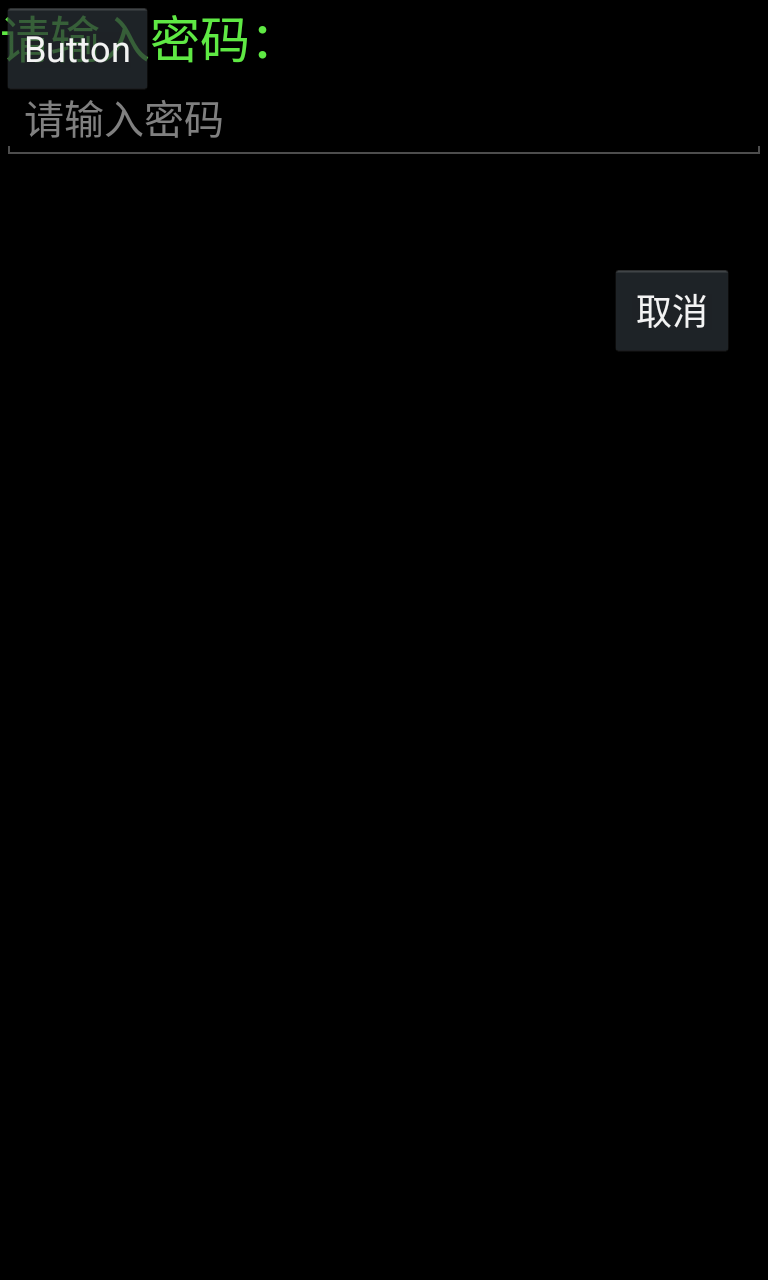
Repository: GuangmingChan/DevelopAndroidApp
Layout: demoButton2/res/layout/main.xml
An editor plug-in stored every save of this project. The layout is shown before and after the next save, followed by the edit.
It is drawn on a 768 x 1280 px phone screen (xhdpi) without system bars, with theme android:Theme.Holo; the app's code is not run.

Above is the layout before, as saved 2017-03-10 01:37:44.

### demoButton2/res/layout/main.xml
<?xml version="1.0" encoding="utf-8"?>
<RelativeLayout xmlns:android="http://schemas.android.com/apk/res/android"
    android:layout_width="fill_parent"
    android:layout_height="fill_parent"
    android:orientation="vertical" >

    <TextView
        android:id="@+id/textView1"
        android:layout_width="wrap_content"
        android:layout_height="wrap_content"
        android:textSize="25sp"
        android:textColor="#5fe944"
        android:text="请输入密码：" />

    <EditText
        android:id="@+id/et"
        android:layout_width="match_parent"
        android:layout_height="wrap_content"
        android:layout_below="@id/textView1"
        android:textSize="20sp"
        android:hint="请输入密码"
        android:inputType="textPassword"
        >
    </EditText>

    <Button
        android:id="@+id/btCancel"
        android:layout_width="wrap_content"
        android:layout_height="wrap_content"
        android:layout_alignParentRight="true"
        android:layout_below="@+id/et"
        android:layout_marginRight="16dp"
        android:layout_marginTop="50dp"
        android:text="取消" />

    <Button
        android:id="@+id/btLogin"
        android:layout_width="wrap_content"
        android:layout_height="wrap_content"
        android:layout_alignBaseline="@+id/button1"
        android:layout_alignBottom="@+id/button1"
        android:layout_toLeftOf="@+id/button1"
        android:text="Button" />

</RelativeLayout>

After the next save:
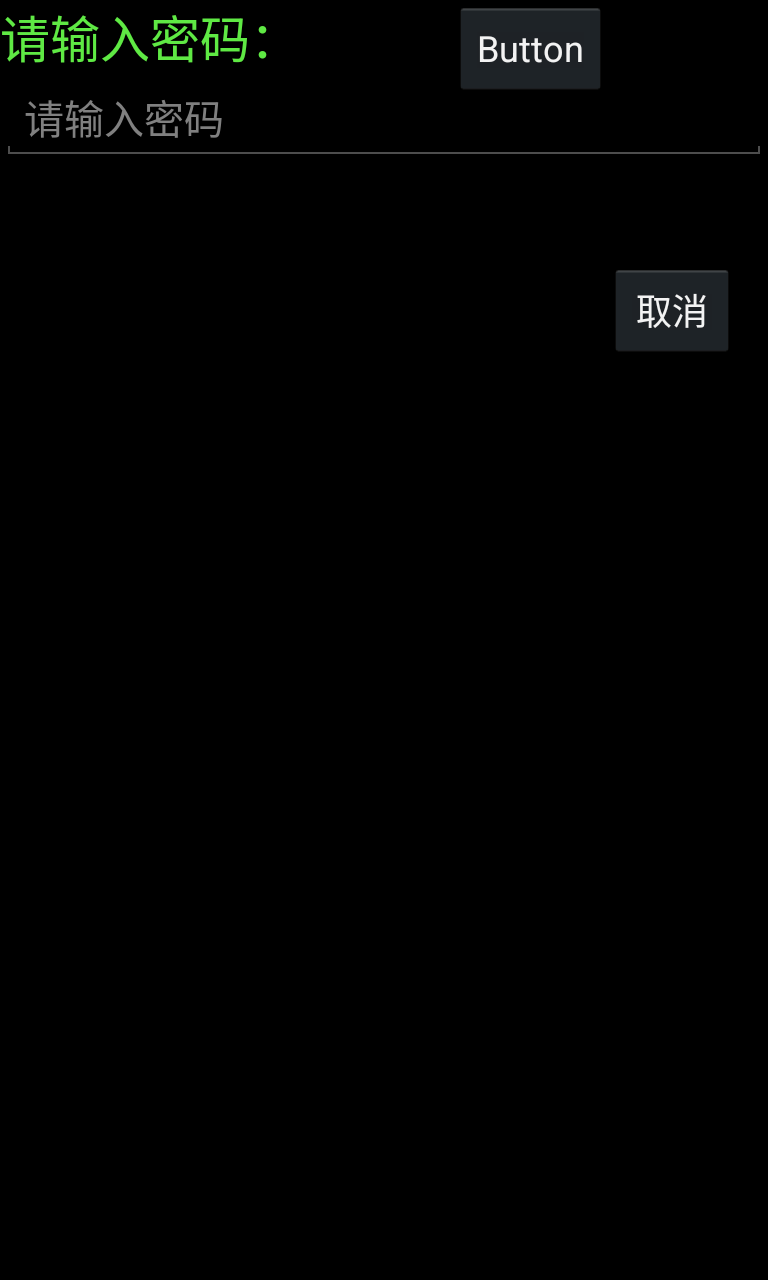
Saved 28 s later.
--- a/demoButton2/res/layout/main.xml
+++ b/demoButton2/res/layout/main.xml
@@ -37,9 +37,7 @@
         android:id="@+id/btLogin"
         android:layout_width="wrap_content"
         android:layout_height="wrap_content"
-        android:layout_alignBaseline="@+id/button1"
-        android:layout_alignBottom="@+id/button1"
-        android:layout_toLeftOf="@+id/button1"
+        android:layout_toLeftOf="@+id/btCancel"
         android:text="Button" />
 
 </RelativeLayout>
